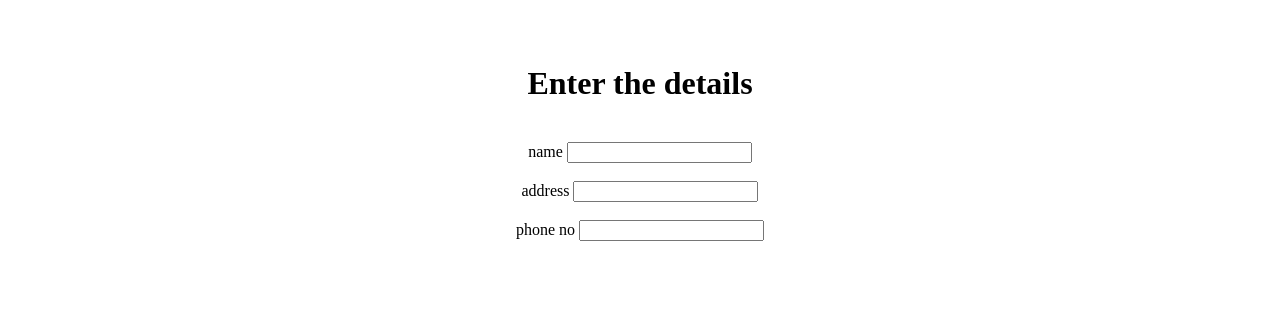
Repository: dhanasekar13/servlet
Page: ajax/war/index.html
These files come from the project's save history. The page is drawn as it stood at one moment and after the next save; the edit follows.
The browser window is 1280 px wide. The pictures show the whole page.

Above is the page before, as saved 2017-05-11 07:49:18.

After the next save:
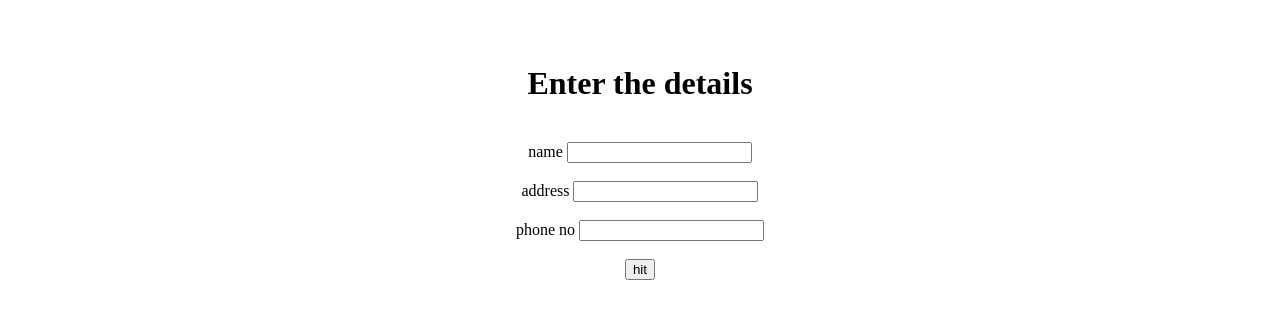
Saved 60 s later.
--- a/ajax/war/index.html
+++ b/ajax/war/index.html
@@ -37,7 +37,7 @@ document.getElementById("b1").innerHTML="its an empty";
  phone no
  <input type ="text" name="a3"/>
   <div id="b3"></div><br>
-
+ <input type="submit" value="hit">
  </form>
   </center>
 </body>
